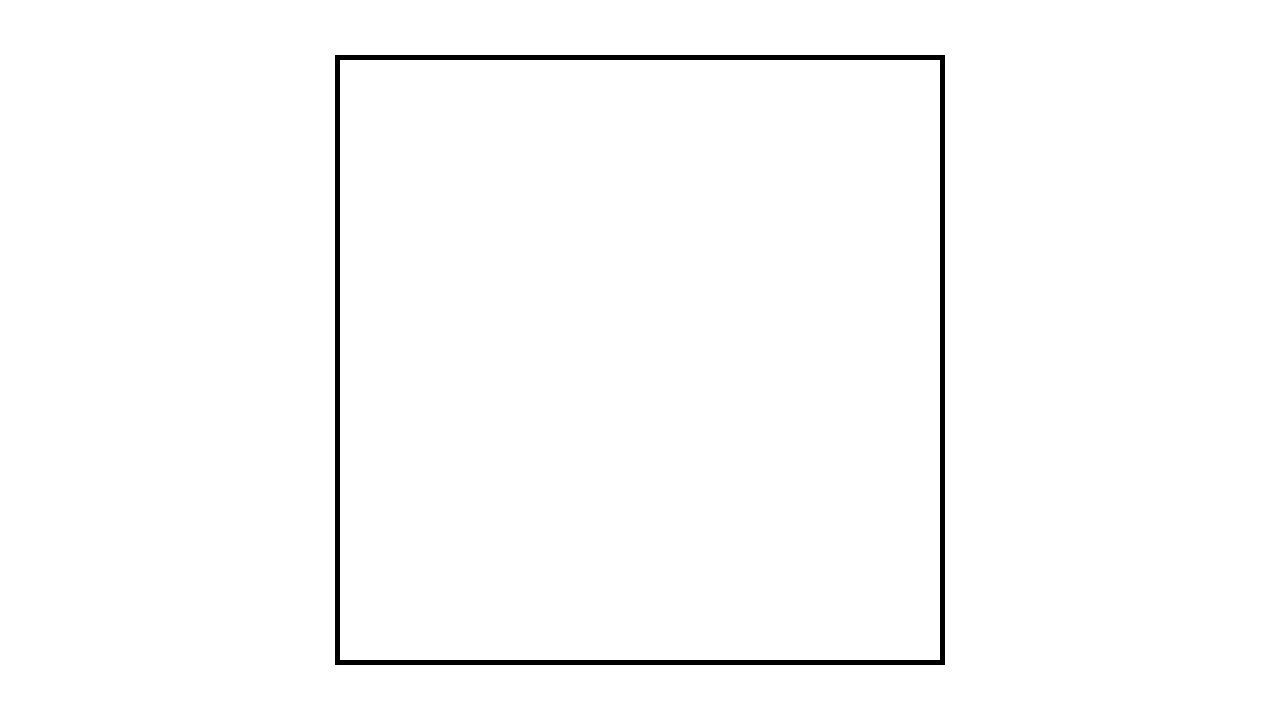
Repository: vasucp1207/sprite-animation
Page: index.html
An editor plug-in stored every save of this project. The page is shown before and after the next save, followed by the edit.
The browser window is 1280 px wide. The pictures show the whole page.

Above is the page before, as saved 2022-08-24 23:01:45.

### index.html
<!DOCTYPE html>
<html lang="en">
<head>
    <meta charset="UTF-8">
    <meta http-equiv="X-UA-Compatible" content="IE=edge">
    <meta name="viewport" content="width=device-width, initial-scale=1.0">
    <title>Document</title>
    <link rel="stylesheet" href="style.css">
</head>
<body>

    <canvas id="canvas1"></canvas>

    <script src="script.js"></script>
</body>
</html>

### style.css
#canvas1{
    border: 5px solid black;
    position: absolute;
    top: 50%;
    left: 50%;
    transform: translate(-50%, -50%);
}

### script.js
const canvas = document.getElementById('canvas1')
const ctx = canvas.getContext('2d')

const width = canvas.width = 600
const height = canvas.height = 600

const playerImage = new Image()
playerImage.src = './shadow_dog.png'

const spriteWidth = 575
const spriteHeight = 523
let frameX = 0
let frameY = 0
let gameFrame = 0
let staggerFrames = 5
const spriteAnimations = []
const animationStates = [
    {
        name: "idle",
        frames: 7
    },
    {
        name: "jump",
        frames: 7
    }
]

animationStates.forEach((state, index) => {
    let frames = {
        loc: []
    }
    for (let j = 0; j < state.frames; j++) {
        let positionX = j * spriteWidth
        let positionY = index * spriteHeight
        frames.loc.push({ x: positionX, y: positionY })
    }

    spriteAnimations[state.name] = frames
})

function animate() {
    ctx.clearRect(0, 0, width, height)
    let position = Math.floor(gameFrame / staggerFrames) % spriteAnimations["idle"].loc.lenght
    frameX = spriteWidth * position
    ctx.drawImage(playerImage, frameX, frameY * spriteHeight, spriteWidth, spriteHeight, 0, 0, spriteWidth, spriteHeight)
    // if(gameFrame % staggerFrames == 0){
    //     if(frameX < 6) frameX++
    //     else frameX = 0
    // }

    gameFrame++
    requestAnimationFrame(animate)
}

animate()

After the next save:
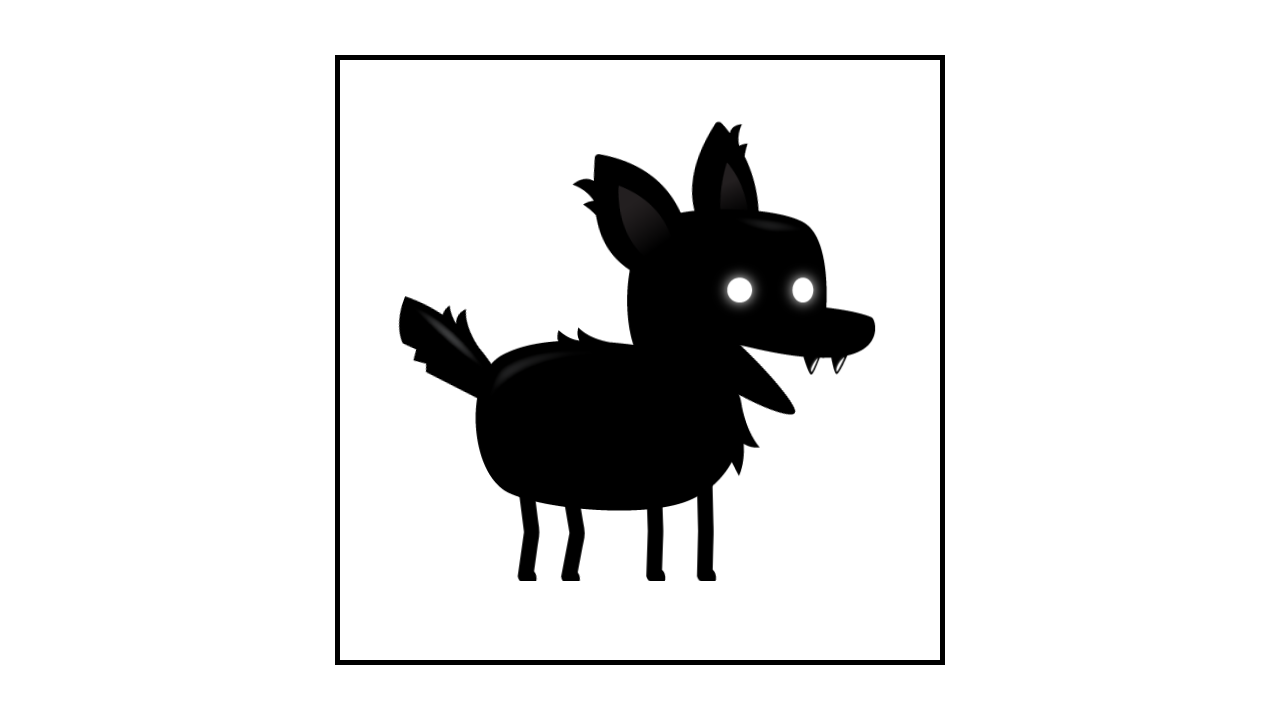
Saved 18 s later.
--- a/script.js
+++ b/script.js
@@ -40,7 +40,7 @@
 
 function animate() {
     ctx.clearRect(0, 0, width, height)
-    let position = Math.floor(gameFrame / staggerFrames) % spriteAnimations["idle"].loc.lenght
+    let position = Math.floor(gameFrame / staggerFrames) % spriteAnimations["idle"].loc.length
     frameX = spriteWidth * position
     ctx.drawImage(playerImage, frameX, frameY * spriteHeight, spriteWidth, spriteHeight, 0, 0, spriteWidth, spriteHeight)
     // if(gameFrame % staggerFrames == 0){

After the 3 saves that followed:
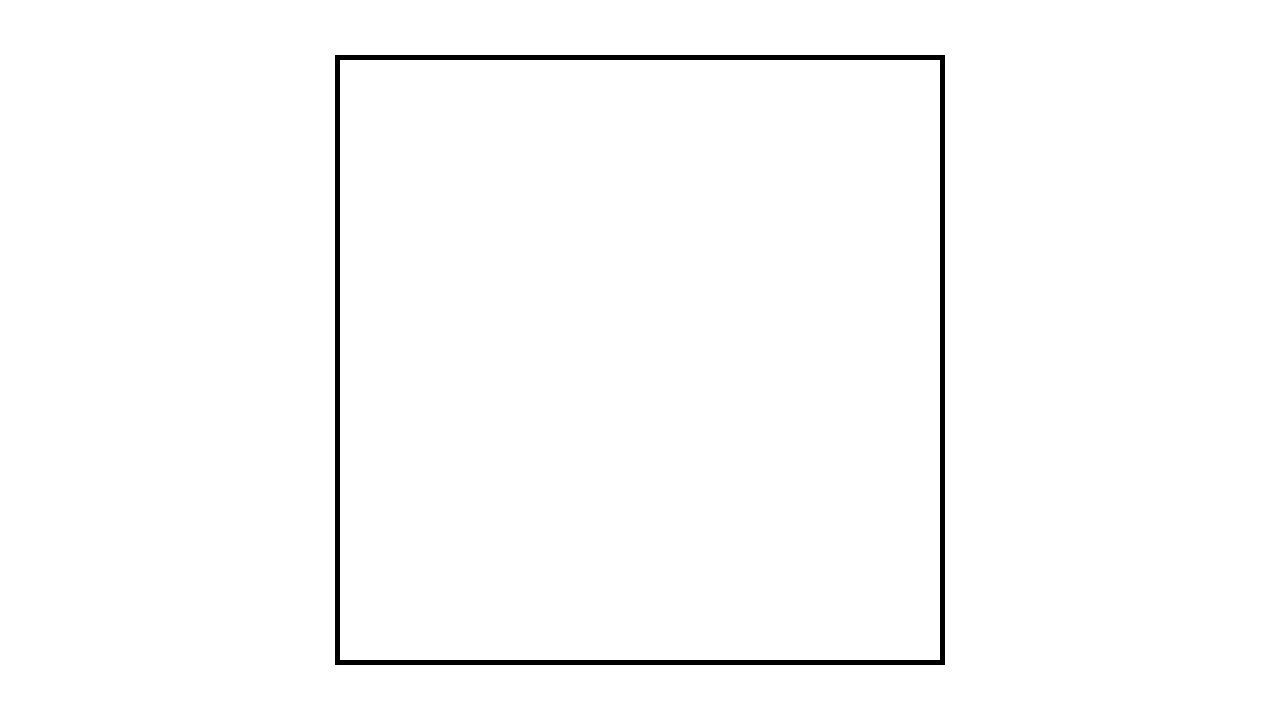
Console error: ReferenceError: sp is not defined
The 3 saves are shown as one change because 1 left the picture as it was and some came seconds apart.
The last was saved 47 s later.
--- a/script.js
+++ b/script.js
@@ -41,7 +41,8 @@
 function animate() {
     ctx.clearRect(0, 0, width, height)
     let position = Math.floor(gameFrame / staggerFrames) % spriteAnimations["idle"].loc.length
-    frameX = spriteWidth * position
+    let frameX = spriteWidth * position
+    let frameY = sp
     ctx.drawImage(playerImage, frameX, frameY * spriteHeight, spriteWidth, spriteHeight, 0, 0, spriteWidth, spriteHeight)
     // if(gameFrame % staggerFrames == 0){
     //     if(frameX < 6) frameX++
